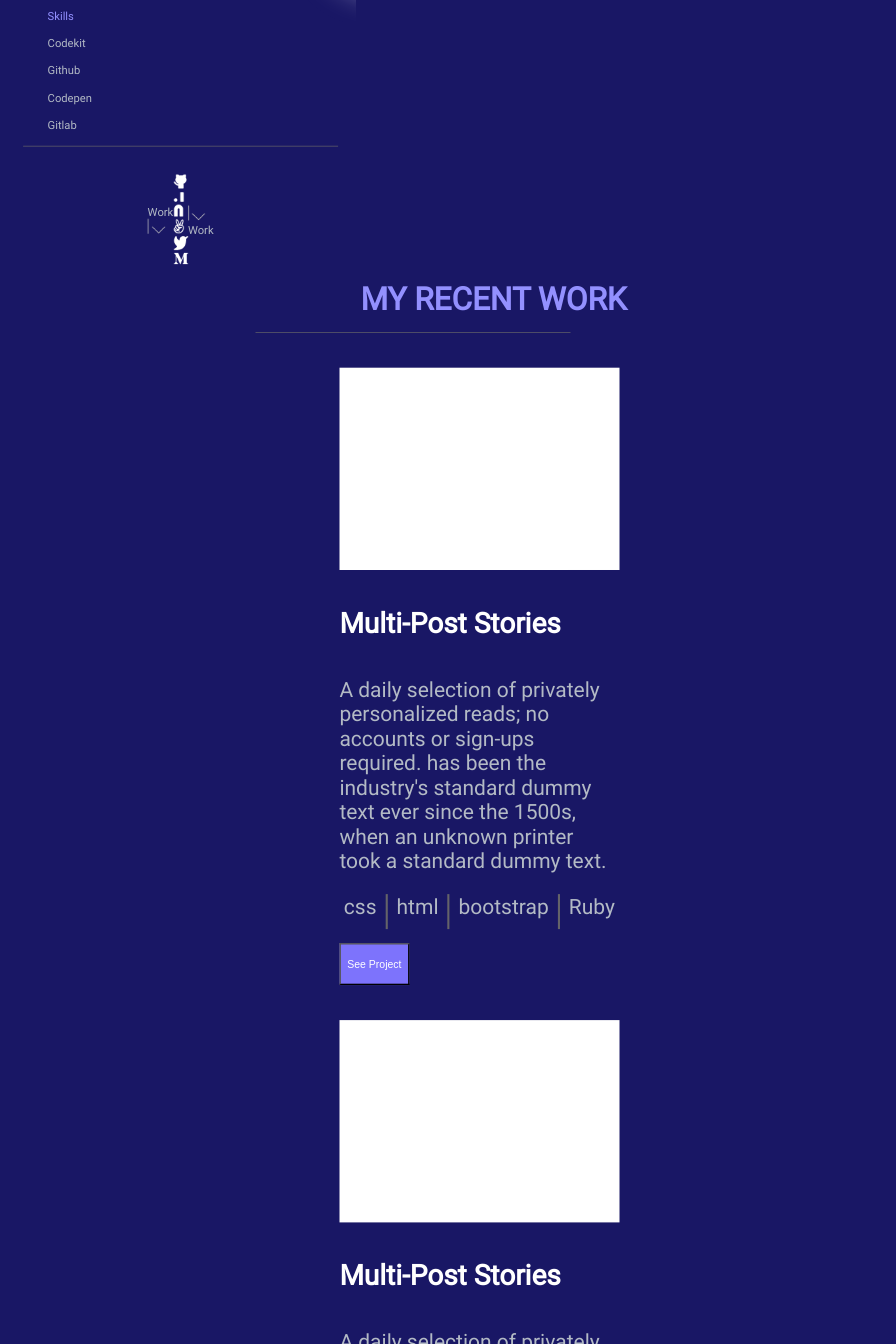
Repository: mustabbas/Portfolio
Page: index.html
An editor plug-in stored every save of this project. The page is shown before and after the next save, followed by the edit.
The browser window is 1280 px wide. The pictures show the part of the page from y = 775 to 2695 px (the page is 6038 px tall before and 6192 px after), at 70% of full size.

Above is the page before, as saved 2021-08-17 18:08:51.

After the next save:
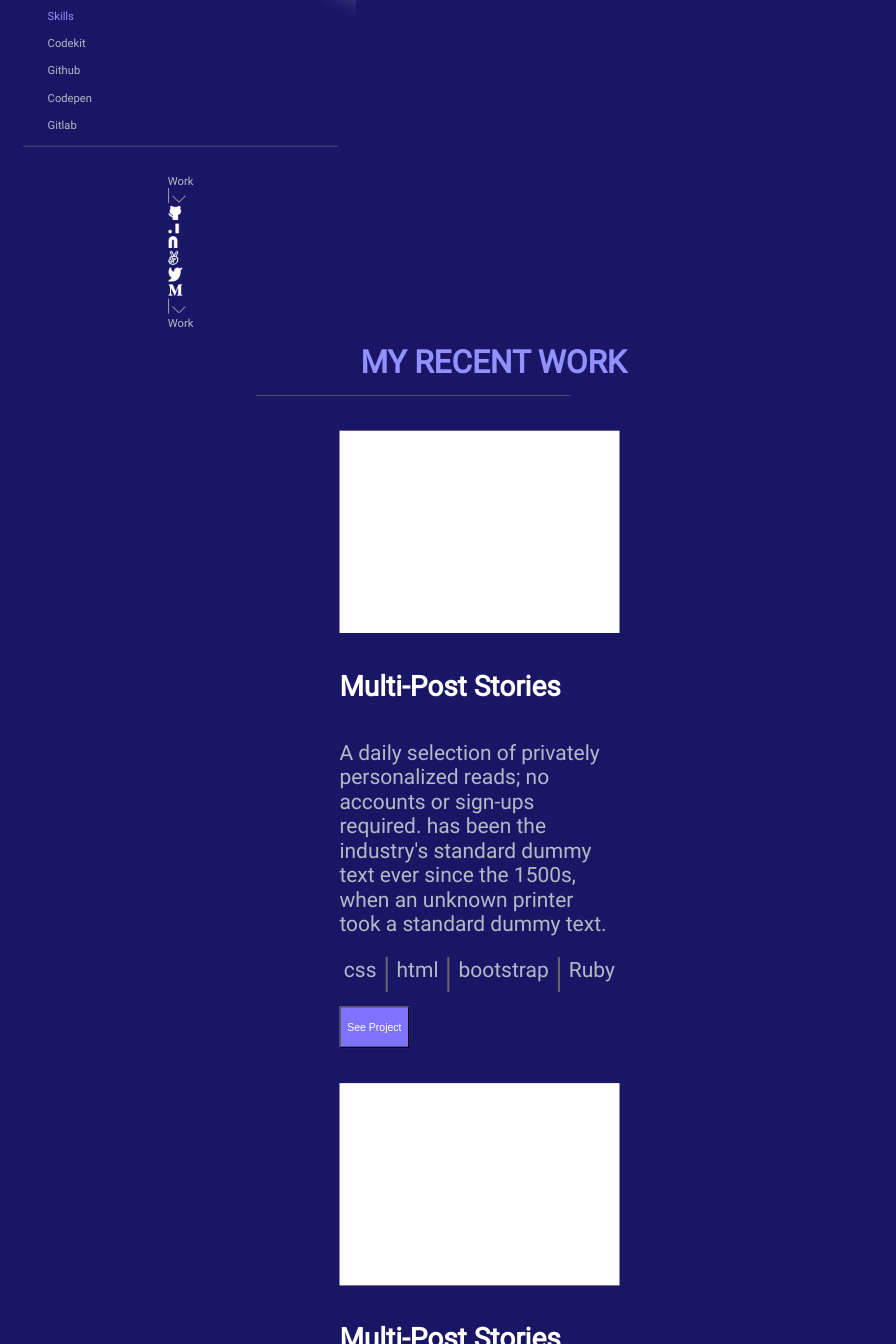
Saved 30 s later.
--- a/style.css
+++ b/style.css
@@ -127,8 +127,9 @@ span {
 
  .footer-nav {
   display: flex;
-  justify-content: space-around;
-  align-items: center;
+  flex-direction: column;
+  /* justify-content: space-around;
+  align-items: center; */
   margin-top: 40px;
 }
 /*
